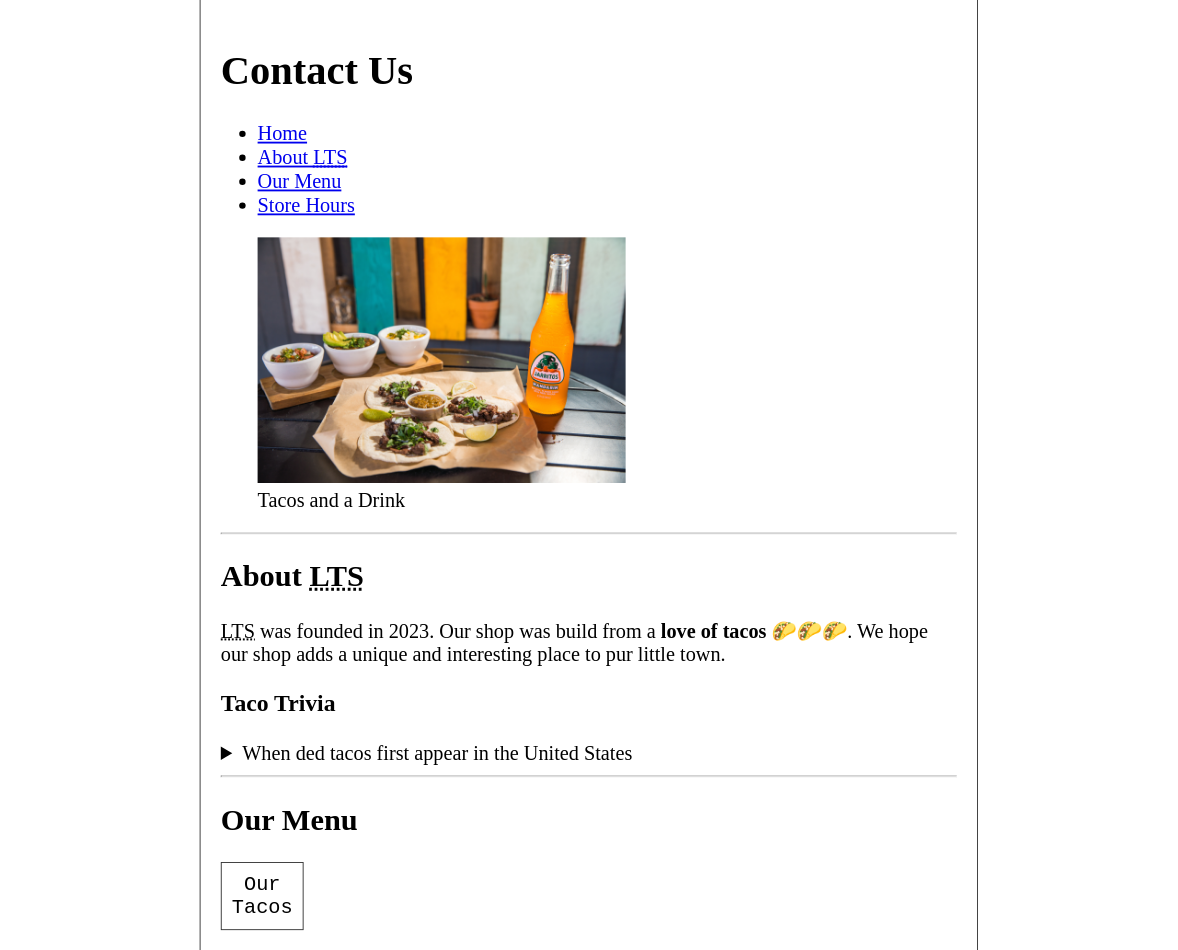
Repository: JavaProgrammerFromEastEurope/project-html-full-tutorial
Page: 10_lesson/contact.html
These files come from the project's save history. The page is drawn as it stood at one moment and after a run of saves; the edit follows.
The browser window is 1280 px wide. The pictures show the whole page, at 92% of full size.

Above is the page before, as saved 2023-04-07 05:25:24.

### 10_lesson/contact.html
<!DOCTYPE html>
<html lang="en">
  <head>
    <meta charset="UTF-8" />
    <meta name="author" content="Dave Gray" />
    <meta
      name="description"
      content="Contact information for The Little Taco Shop"
    />
    <title>Contact Us - LTS</title>
    <link rel="icon" href="favicon.ico" type="image/x-icon" />
    <link rel="stylesheet" href="css/style.css" />
  </head>

  <body>
    <header>
      <h1>Contact Us</h1>
      <nav>
        <ul>
          <li><a href="/">Home</a></li>
          <li>
            <a href="/#about"
              >About <abbr title="The Little Taco Shop">LTS</abbr></a
            >
          </li>
          <li><a href="/#menu">Our Menu</a></li>
          <li><a href="hours.html">Store Hours</a></li>
        </ul>
      </nav>
      <figure>
        <img
          src="./assets/img/tacos_and_drink_400x267.png"
          alt="Tacos and a Drink"
          title="We love tacos!"
          width="400"
          height="267"
        />
        <figcaption>Tacos and a Drink</figcaption>
      </figure>
    </header>
    <hr />
    <main>
      <article id="about">
        <h2>About <abbr title="The Little Taco Shop">LTS</abbr></h2>
        <p>
          <abbr title="The Little Taco Shop">LTS</abbr> was founded in
          <time datetime="2023">2023</time>. Our shop was build from a
          <strong>love of tacos </strong> 🌮🌮🌮. We hope our shop adds a unique
          and interesting place to pur little town.
        </p>
        <aside>
          <h3>Taco Trivia</h3>
          <details>
            <summary>When ded tacos first appear in the United States</summary>
            <p>
              Jeffrey M. Pilcher, taco historian and professor of history at the
              University of Minnesota, says the earliest mention of tacos in thr
              Unites States are in a newspaper from
              <time datetime="1905">1905</time>. (Source:
              <cite
                ><a
                  href="https://www.smithsonianmag.com/arts-culture/where-did-the-taco-come-from-81228162/"
                  target="_blank"
                  >Smithsonian Magazine</a
                ></cite
              >)
            </p>
          </details>
        </aside>
      </article>
			<hr>
			<article id="menu">
				<h2>Our Menu</h2>
				<table>
					<caption>Our Tacos</caption>
					<thead>

					</thead>
				</table>
			</article>
    </main>
  </body>
</html>

### 10_lesson/css/style.css
html {
	font-size: 22px;
}

body {
	min-height: 100vh;
	max-width: 800px;
	margin: 0 auto;
	padding: 1rem;
	border-left: 1px solid #333;
	border-right: 1px solid #333;
}

th, td, caption {
	border: 1px solid #333;
	font-family: 'Courier New', Courier, monospace;
	border-collapse: separate;
	padding: 0.5rem;
}

After the next 4 saves:
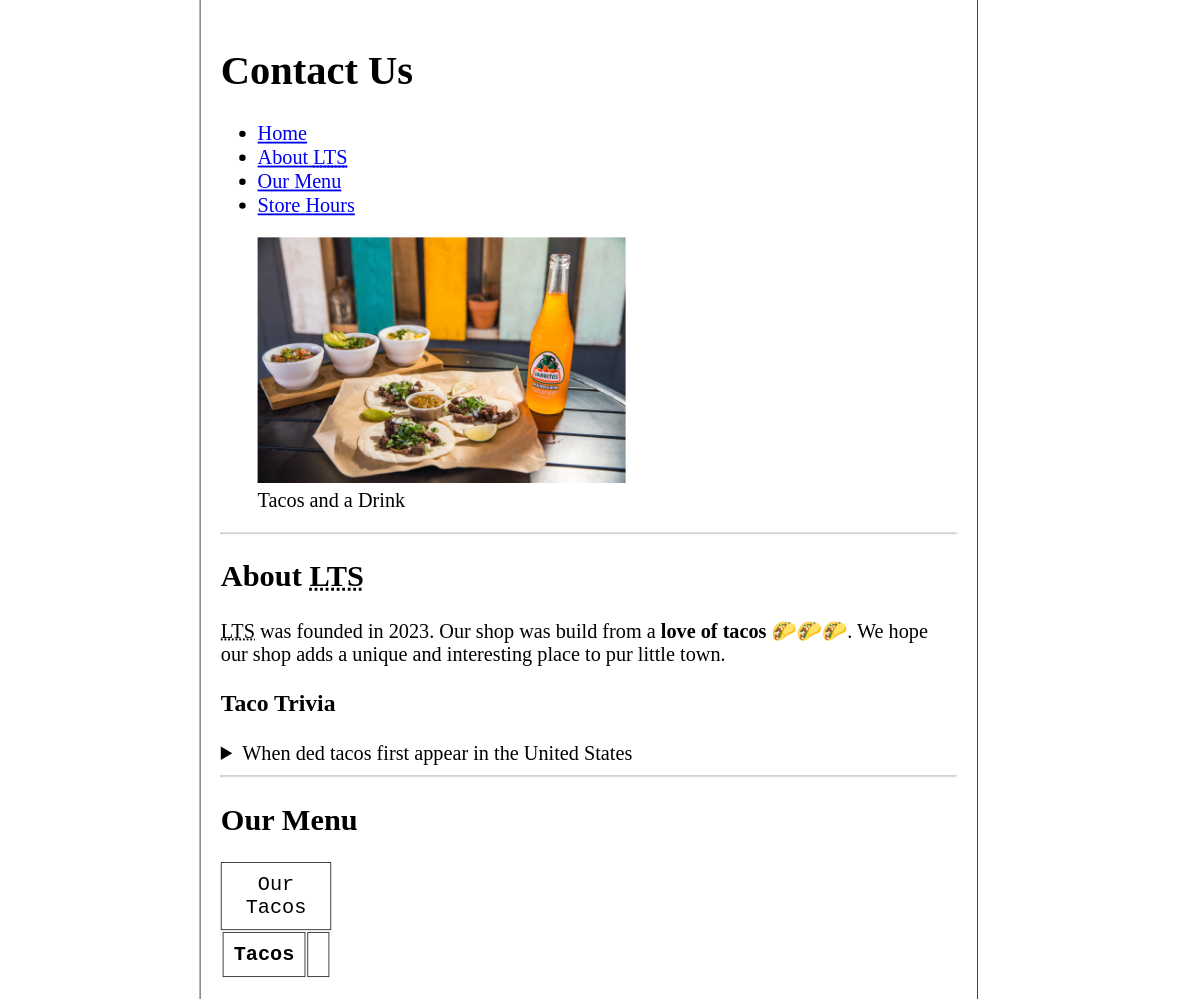
The 4 saves are shown as one change because they came seconds apart.
The last was saved 12 s later.
--- a/10_lesson/contact.html
+++ b/10_lesson/contact.html
@@ -74,7 +74,10 @@
 				<table>
 					<caption>Our Tacos</caption>
 					<thead>
-
+						<tr>
+							<th>Tacos</th>
+							<th></th>
+						</tr>
 					</thead>
 				</table>
 			</article>
